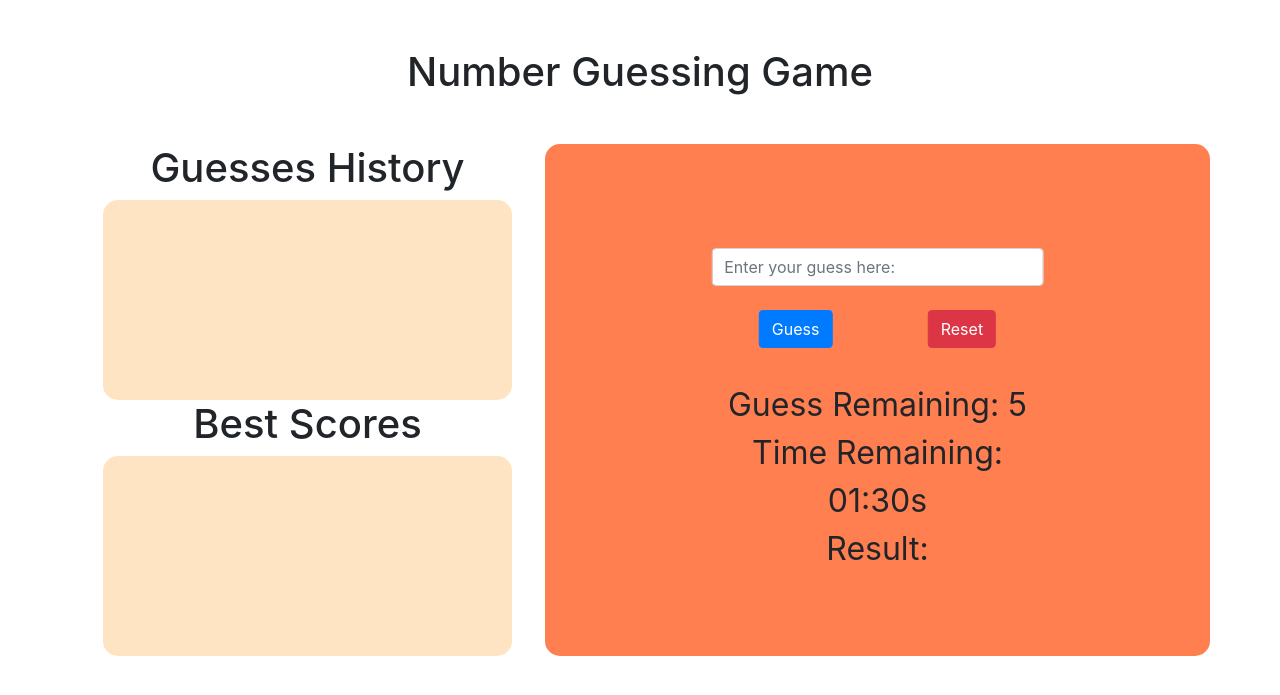
Repository: tts2610/NumberGuessingGame
Page: index.html
The author's editor kept a copy of each file at every save. The page is drawn from the files as they stood at one save, then again after the next save.
The browser window is 1280 px wide. The pictures show the whole page.
After loading, the first visible `#startGameBtn` was clicked once.

Above is the page before, as saved 2020-05-13 13:27:51.

After the next save:
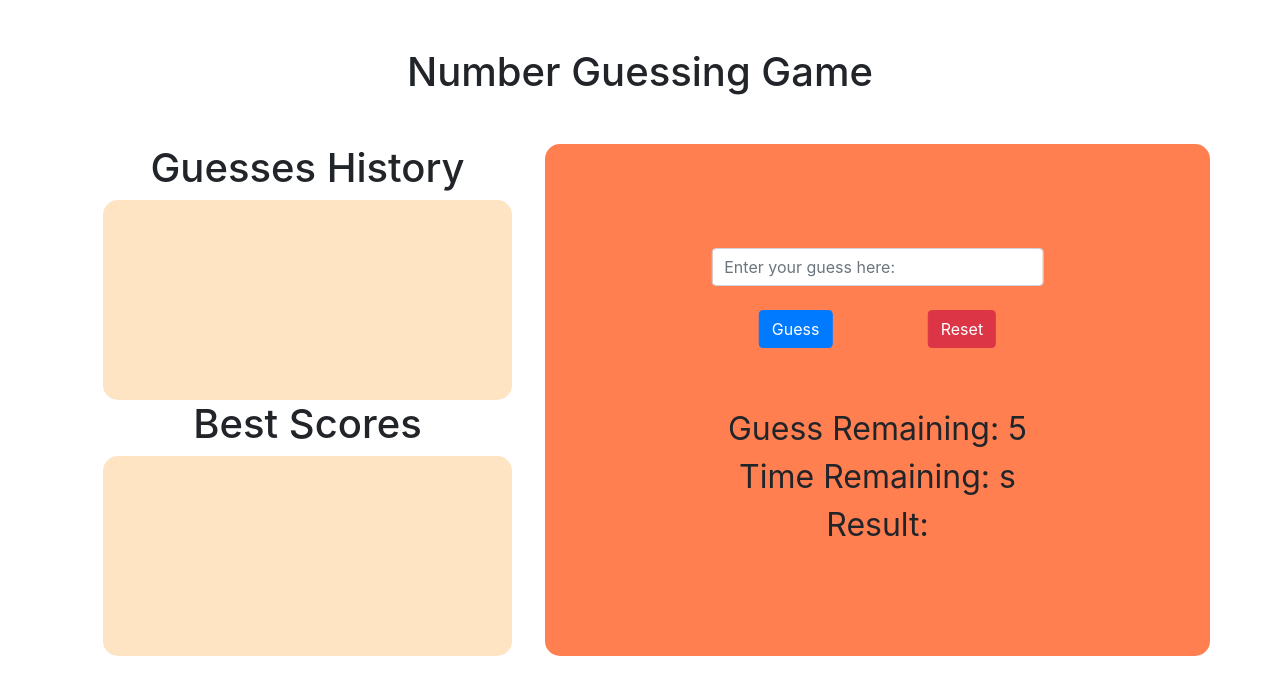
Console error: ReferenceError: time is not defined
Saved 3 min 50 s later.
--- a/js/script.js
+++ b/js/script.js
@@ -21,7 +21,7 @@ $(document).ready(function() {
 function startGame() {
     if (div.style.display === "none") {
         var oneMinute = 90;
-        startTimer(oneMinute, secondRemaining);
+        timecounting()
 
         guessRemaining.textContent = guess;
         div.style.display = "block";
@@ -29,24 +29,13 @@ function startGame() {
     }
 }
 
-function startTimer(duration, display) {
-    var timer = duration;
-    var minutes;
-    var seconds;
-    setInterval(function() {
-        minutes = parseInt(timer / 60, 10);
-        seconds = parseInt(timer % 60, 10);
+function timecounting() {
+    myTime = setInterval(() => {
+            time += 1
+            document.getElementById('timecount').innerHTML = time
+        }, 1000) // every 1 second, it will add 1 into time variable (computer use millisecond so 1000 is 1 second)
+}
 
-        minutes = minutes < 10 ? "0" + minutes : minutes;
-        seconds = seconds < 10 ? "0" + seconds : seconds;
-
-        display.textContent = minutes + ":" + seconds;
-
-        if (--timer < 0) {
-            timer = duration;
-        }
-    }, 1000);
-}
 
 
 
